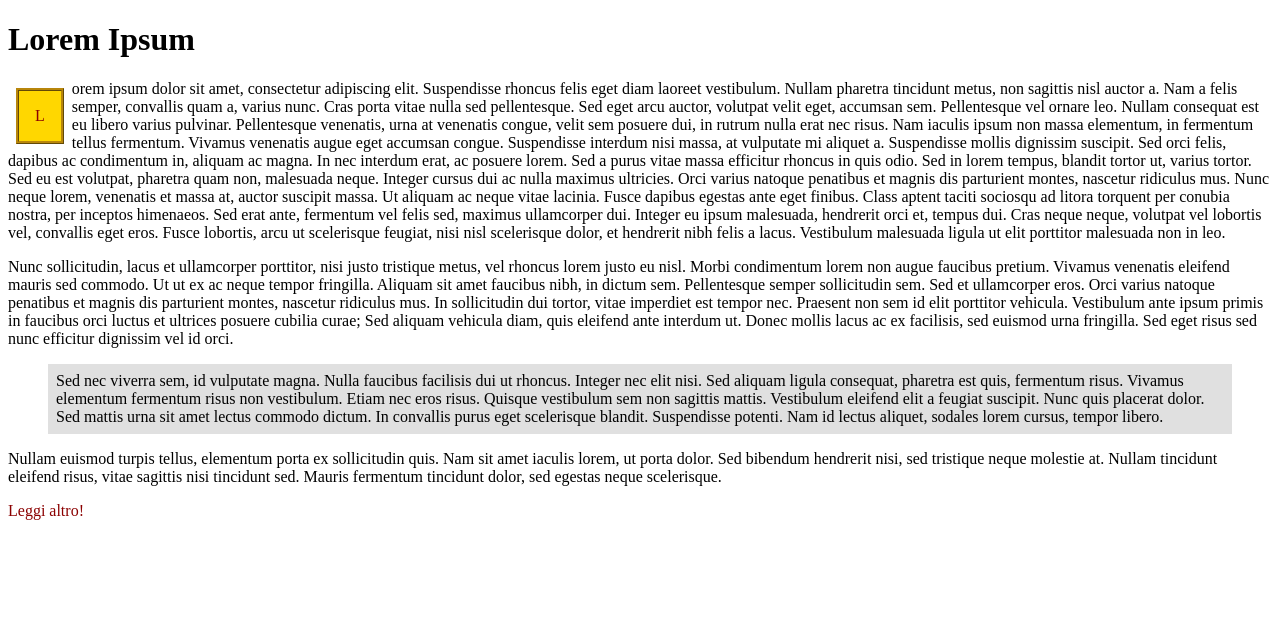
Repository: CryptoFamilyNFT/develhope
Page: css/preudoclassi/index.html
An editor plug-in stored every save of this project. The page is shown before and after the next save, followed by the edit.
The browser window is 1280 px wide. The pictures show the whole page.

Above is the page before, as saved 2024-11-08 11:38:36.

### css/preudoclassi/index.html
<!DOCTYPE html>
<html>

	<head>
		<meta http-equiv="X-UA-Compatible" content="IE=edge"/>
		<meta charset="utf-8"/>
		<meta name="viewport" content="width=device-width, initial-scale=1.0, maximum-scale=1.0, user-scalable=no"/>
		<title>Lezione HTML</title>
		<link rel="stylesheet" href="style.css"/>
	</head>

	<body>
		<h1>Lorem Ipsum</h1>
		<p class="ParFirstLet">Lorem ipsum dolor sit amet, consectetur adipiscing elit. Suspendisse rhoncus felis eget diam laoreet
		   vestibulum. Nullam pharetra tincidunt metus, non sagittis nisl auctor a. Nam a felis semper, convallis quam
		   a, varius nunc. Cras porta vitae nulla sed pellentesque. Sed eget arcu auctor, volutpat velit eget, accumsan
		   sem. Pellentesque vel ornare leo. Nullam consequat est eu libero varius pulvinar.
		   Pellentesque venenatis, urna at venenatis congue, velit sem posuere dui, in rutrum nulla erat nec risus. Nam
		   iaculis ipsum non massa elementum, in fermentum tellus fermentum. Vivamus venenatis augue eget accumsan
		   congue. Suspendisse interdum nisi massa, at vulputate mi aliquet a. Suspendisse mollis dignissim suscipit.
		   Sed orci felis, dapibus ac condimentum in, aliquam ac magna. In nec interdum erat, ac posuere lorem. Sed a
		   purus vitae massa efficitur rhoncus in quis odio. Sed in lorem tempus, blandit tortor ut, varius tortor. Sed
		   eu est volutpat, pharetra quam non, malesuada neque. Integer cursus dui ac nulla maximus ultricies.
		   Orci varius natoque penatibus et magnis dis parturient montes, nascetur ridiculus mus. Nunc neque lorem,
		   venenatis et massa at, auctor suscipit massa. Ut aliquam ac neque vitae lacinia. Fusce dapibus egestas ante
		   eget finibus. Class aptent taciti sociosqu ad litora torquent per conubia nostra, per inceptos himenaeos.
		   Sed
		   erat ante, fermentum vel felis sed, maximus ullamcorper dui. Integer eu ipsum malesuada, hendrerit orci et,
		   tempus dui. Cras neque neque, volutpat vel lobortis vel, convallis eget eros. Fusce lobortis, arcu ut
		   scelerisque feugiat, nisi nisl scelerisque dolor, et hendrerit nibh felis a lacus. Vestibulum malesuada
		   ligula ut elit porttitor malesuada non in leo.</p>
		<p>
			Nunc sollicitudin, lacus et ullamcorper porttitor, nisi justo tristique metus, vel rhoncus lorem justo eu
			nisl. Morbi condimentum lorem non augue faucibus pretium. Vivamus venenatis eleifend mauris sed commodo. Ut
			ut ex ac neque tempor fringilla. Aliquam sit amet faucibus nibh, in dictum sem. Pellentesque semper
			sollicitudin sem. Sed et ullamcorper eros. Orci varius natoque penatibus et magnis dis parturient montes,
			nascetur ridiculus mus. In sollicitudin dui tortor, vitae imperdiet est tempor nec. Praesent non sem id elit
			porttitor vehicula. Vestibulum ante ipsum primis in faucibus orci luctus et ultrices posuere cubilia curae;
			Sed aliquam vehicula diam, quis eleifend ante interdum ut. Donec mollis lacus ac ex facilisis, sed euismod
			urna fringilla. Sed eget risus sed nunc efficitur dignissim vel id orci.</p>
		<blockquote>
			Sed nec viverra sem, id vulputate magna. Nulla faucibus facilisis dui ut rhoncus. Integer nec elit nisi. Sed
			aliquam ligula consequat, pharetra est quis, fermentum risus. Vivamus elementum fermentum risus non
			vestibulum. Etiam nec eros risus. Quisque vestibulum sem non sagittis mattis. Vestibulum eleifend elit a
			feugiat suscipit. Nunc quis placerat dolor. Sed mattis urna sit amet lectus commodo dictum. In convallis
			purus eget scelerisque blandit. Suspendisse potenti. Nam id lectus aliquet, sodales lorem cursus, tempor
			libero.</blockquote>
		<p>
			Nullam euismod turpis tellus, elementum porta ex sollicitudin quis. Nam sit amet iaculis lorem, ut porta
			dolor. Sed bibendum hendrerit nisi, sed tristique neque molestie at. Nullam tincidunt eleifend risus, vitae
			sagittis nisi tincidunt sed. Mauris fermentum tincidunt dolor, sed egestas neque scelerisque.</p>

		<a href="#">Leggi altro!</a>
	</body>

</html>

### css/preudoclassi/style.css
blockquote {
	background-color: rgba(0, 0, 0, .12);
	padding: 8px;
}

a {
	color: darkred;
	text-decoration: none;
}

.ParFirstLet::first-letter {
	float: left;
	color: darkred;
	border: 3px ridge darkgoldenrod;
	padding: 16px;
	background-color: gold;
	margin: 8px;
}

After the next save:
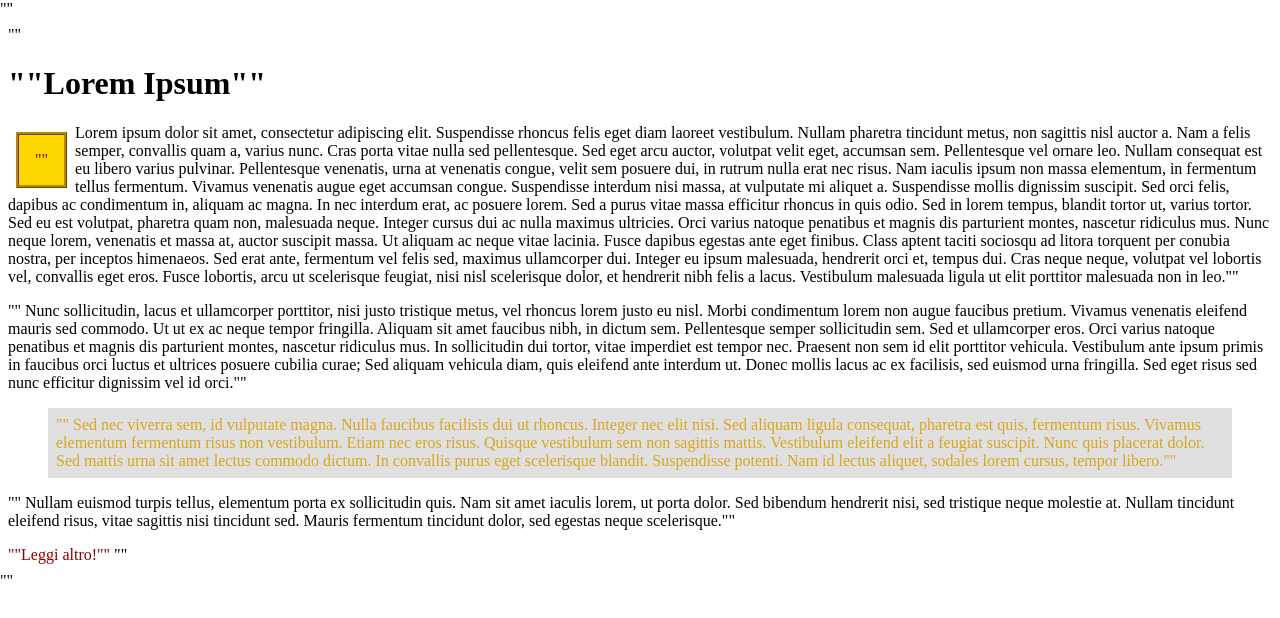
Saved 36 s later.
--- a/css/preudoclassi/style.css
+++ b/css/preudoclassi/style.css
@@ -8,6 +8,14 @@ a {
 	text-decoration: none;
 }
 
+blockquote {
+    color: goldenrod
+}::after{
+    content: '""'
+}::before{
+    content: '""'
+}
+
 .ParFirstLet::first-letter {
 	float: left;
 	color: darkred;
